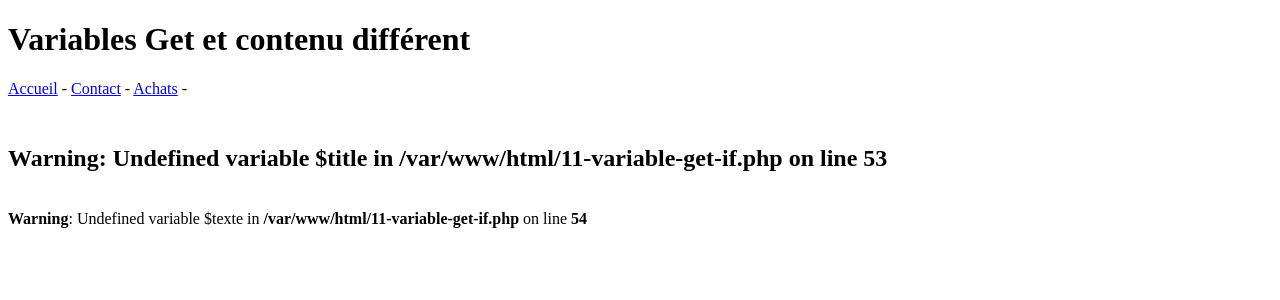
Repository: vicfir/base-php-2021
Page: http://localhost/11-variable-get-if.php?idpage=1
The author's editor kept a copy of each file at every save. The page is drawn from the files as they stood at one save, then again after the next save.
The browser window is 1280 px wide. The pictures show the whole page.
The page is run by PHP 8.4 with error messages shown; the project is at /var/www/html/.

Above is the page before, as saved 2021-09-06 14:26:23.

### 11-variable-get-if.php
<?php
// variable de contenu
$pages = [
    1 => [
        "titre" => "Page d'accueil",
        "texte" => "Lorem ipsum, dolor sit amet consectetur adipisicing elit. Quis incidunt voluptas, rerum, veniam soluta aliquam qui quae quia sunt laudantium excepturi exercitationem esse recusandae nisi unde! Nam placeat nostrum mollitia.",
    ],
    2 => [
        "titre" => "Contact",
        "texte" => "Lorem ipsum dolor sit amet consectetur adipisicing elit. Voluptatem, dignissimos ullam, voluptates, molestiae laboriosam quidem culpa ab deleniti ea eum eius? Natus ab saepe tempore non sequi unde amet eveniet!",
    ],
    3 => [
        "titre" => "Achats",
        "texte" => "Lorem ipsum dolor, sit amet consectetur adipisicing elit. Ipsum quo blanditiis, pariatur optio sapiente iure aliquid cumque minima at laudantium nulla quisquam quas doloremque culpa odio soluta enim provident eum.",
    ],

];

if (isset($_GET['idpage'])) {
    $id = (int) $_GET['idpage'];
    $id = isset($page[$id]) ? 0 : 0;
    switch ($_GET['idpage']) {
        case 0:
            $title = $pages[1]["titre"];
            $texte = $pages[1]["texte"];
            break;
        case $id:
            $title = $pages[$id]["titre"];
            $texte = $pages[$id]["texte"];
            break;
    } // ... sinon si

    // page d'accueil par défaut
} else {
    $title = $pages[1]["titre"];
    $texte = $pages[1]["texte"];
}

?>
<!DOCTYPE html>
<html lang="en">

<head>
    <meta charset="UTF-8">
    <meta http-equiv="X-UA-Compatible" content="IE=edge">
    <meta name="viewport" content="width=device-width, initial-scale=1.0">
    <title>Variables Get et contenu différent</title>
</head>

<body>
    <h1>Variables Get et contenu différent</h1>
    <nav><a href="?idpage=1">Accueil</a> - <a href="?idpage=2">Contact</a> - <a href="?idpage=3">Achats</a> -</nav>
    <h2><?= $title ?></h2>
    <p><?= $texte ?></p>
</body>

</html>

After the next save:
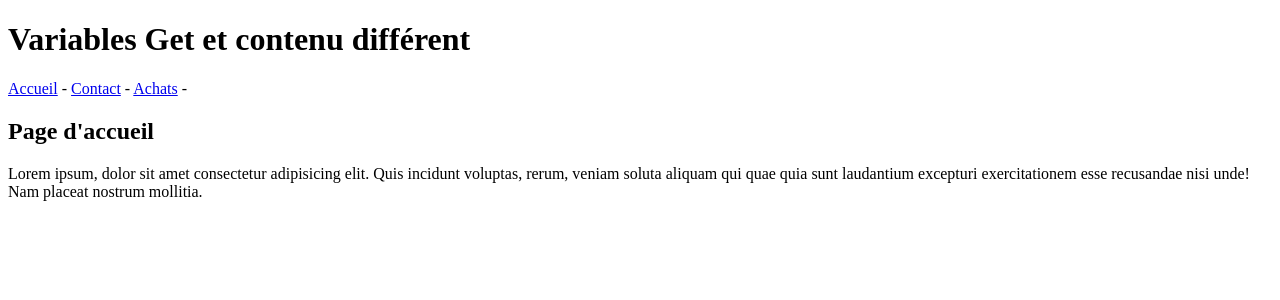
Saved 6 s later.
--- a/11-variable-get-if.php
+++ b/11-variable-get-if.php
@@ -18,7 +18,7 @@ $pages = [
 
 if (isset($_GET['idpage'])) {
     $id = (int) $_GET['idpage'];
-    $id = isset($page[$id]) ? 0 : 0;
+    $id = isset($page[$id]) ? 0 : $id;
     switch ($_GET['idpage']) {
         case 0:
             $title = $pages[1]["titre"];
